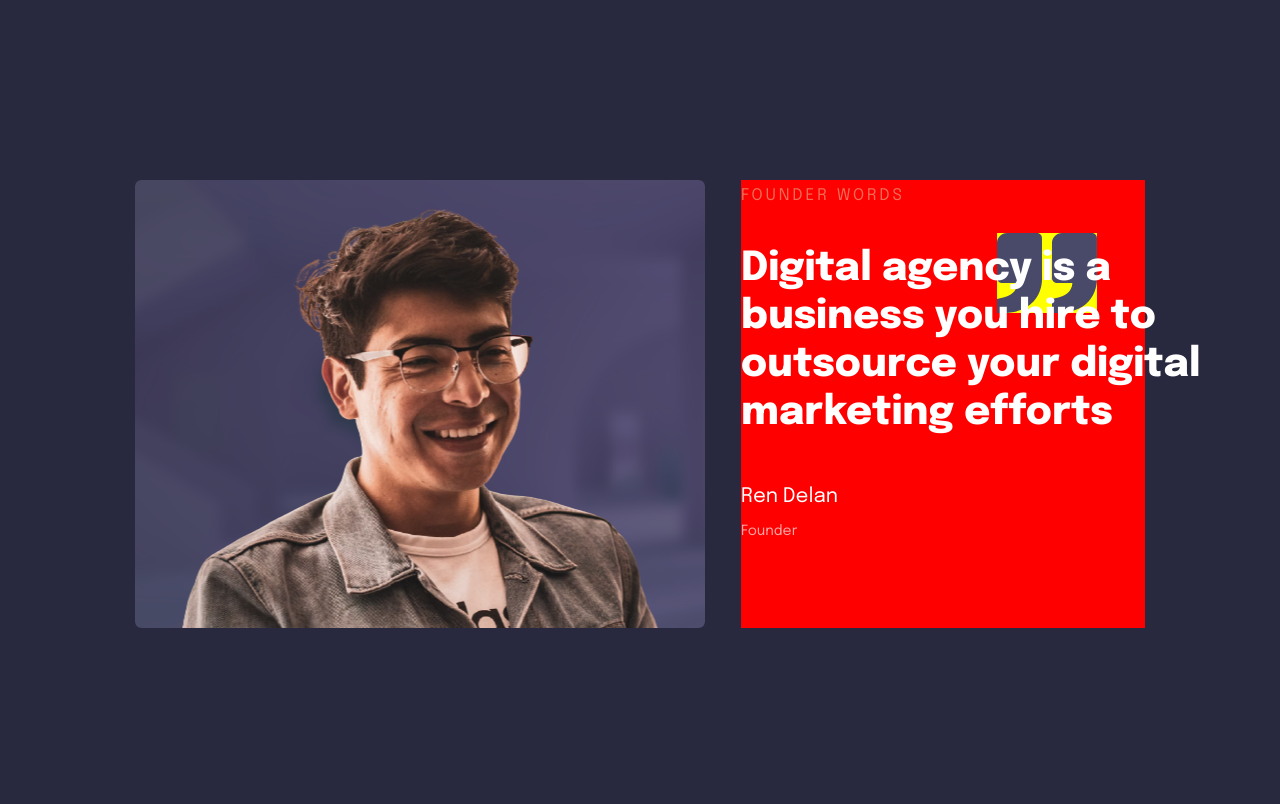
Repository: NatiqSamiyev/image-task
Page: founderWords/index.html
An editor plug-in stored every save of this project. The page is shown before and after the next save, followed by the edit.
The browser window is 1280 px wide. The pictures show the whole page.

Above is the page before, as saved 2023-09-02 15:48:15.

### founderWords/index.html
<!DOCTYPE html>
<html lang="en">
  <head>
    <meta charset="UTF-8" />
    <meta name="viewport" content="width=device-width, initial-scale=1.0" />
    <title>Document</title>
    <link rel="stylesheet" href="index.css" />
  </head>
  <body>
    <div class="founder-words-container">
      <div class="left-container">
        <img class="image-1" src="../image/Bitmap (3).svg" alt="" />

          <img class="image-2" src="../image/Bitmap (4).svg" alt="" />

      </div>

      <div class="right-container">


          <img class="box-1" src="../image/Shape (1).svg" alt="" />


        <div class="box-2">
          <h1>Founder Words</h1>
          <p>
            Digital agency is a business you hire to outsource your digital
            marketing efforts
          </p>
          <h2>Ren Delan</h2>
          <h3>Founder</h3>
        </div>
      </div>
    </div>
  </body>
</html>

### founderWords/index.css
@import url("https://fonts.googleapis.com/css2?family=Epilogue:wght@400;700;800&family=Roboto+Slab:wght@700&family=Roboto:wght@400;700&display=swap");
* {
  margin: 0;
  padding: 0;
  box-sizing: border-box;
}

.founder-words-container {
  width: 100%;
  padding: 180px 135px 176px 135px;
  background: #28293e;
  display: flex;
  justify-content: space-between;
}

.founder-words-container .left-container {
  width: 570px;
  height: 448px;
  position: relative;
}

.founder-words-container .left-container .image-1 {
  width: 570px;
  height: 448px;
}

.founder-words-container .left-container .image-2 {
  width: 477px;
  height: 420px;
  position: absolute;
  bottom: 0;
  left: 50%;
  transform: translateX(-50%);
}

.founder-words-container .right-container {
  width: 40%;
  background-color: red;
  position: relative;

}

.founder-words-container .right-container .box-1{
  background-color: yellow;
}

.founder-words-container .right-container .box-1  {
  width: 100px;
  height: 80px;
  position: absolute;
  right: 48px;
  top: 53px;
  /* right: 15%; */
}

.founder-words-container .right-container .box-2 {
  position: relative;

}

.founder-words-container .right-container .box-2 h1 {
  margin-bottom: 33px;
  color: var(--Text_Light_Accent, #ef6d58);
  font-feature-settings: "clig" off, "liga" off;
  font-family: Epilogue;
  font-size: 16px;
  font-style: normal;
  font-weight: 400;
  line-height: 32px;
  letter-spacing: 3px;
  text-transform: uppercase;
}

.founder-words-container .right-container .box-2 p {
  width: 470px;
  color: var(--Text_Light, #fff);
  font-feature-settings: "clig" off, "liga" off;
  font-family: Epilogue;
  font-size: 40px;
  font-style: normal;
  font-weight: 800;
  line-height: 48px;
}

.founder-words-container .right-container .box-2 h2 {
  margin-top: 44px;
  color: var(--Text_Light, #fff);
  font-feature-settings: "clig" off, "liga" off;
  font-family: Epilogue;
  font-size: 20px;
  font-style: normal;
  font-weight: 400;
  line-height: 32px;
}

.founder-words-container .right-container .box-2 h3 {
  margin-top: 6px;
  color: var(--Text_Light_Gray, rgba(255, 255, 255, 0.64));
  font-feature-settings: "clig" off, "liga" off;
  font-family: Epilogue;
  font-size: 14px;
  font-style: normal;
  font-weight: 400;
  line-height: 24px;
}

After the next save:
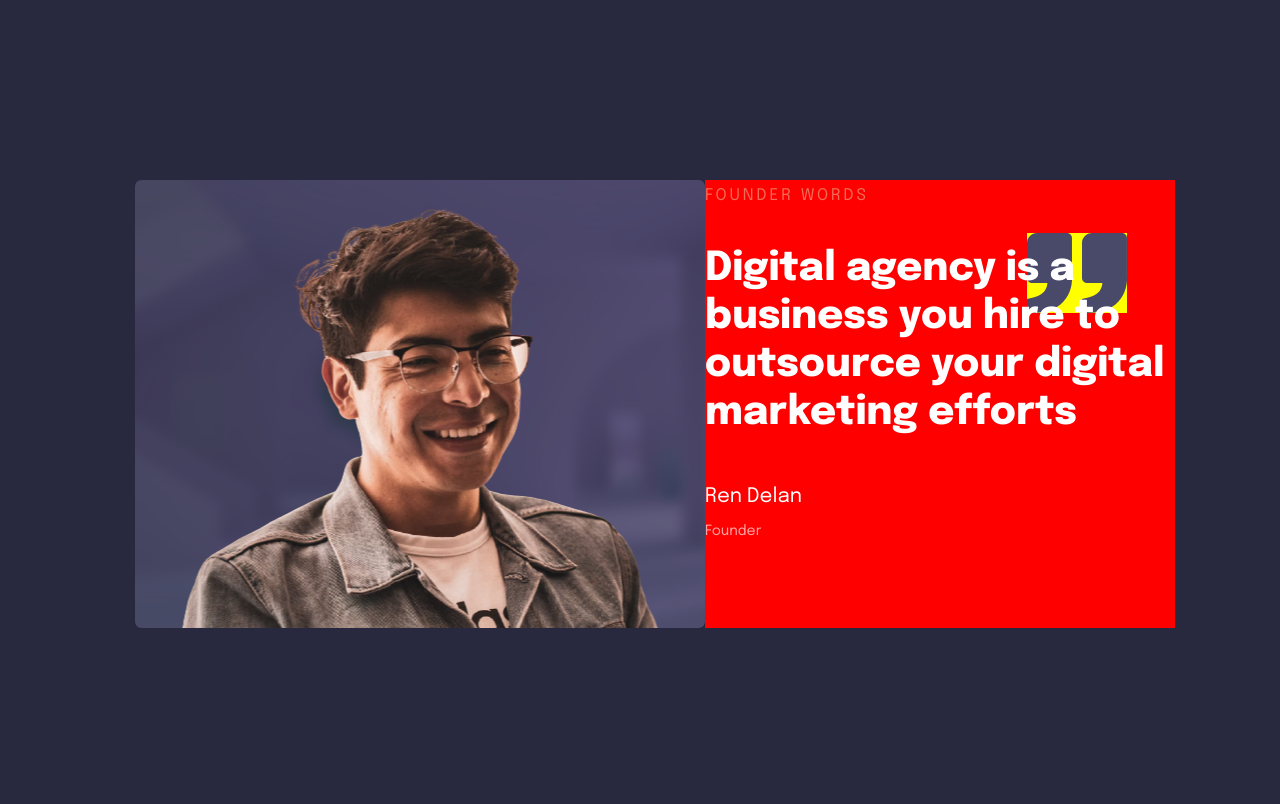
Saved 110 s later.
--- a/founderWords/index.css
+++ b/founderWords/index.css
@@ -34,7 +34,7 @@
 }
 
 .founder-words-container .right-container {
-  width: 40%;
+  /* width: 40%; */
   background-color: red;
   position: relative;
 

After the save that followed:
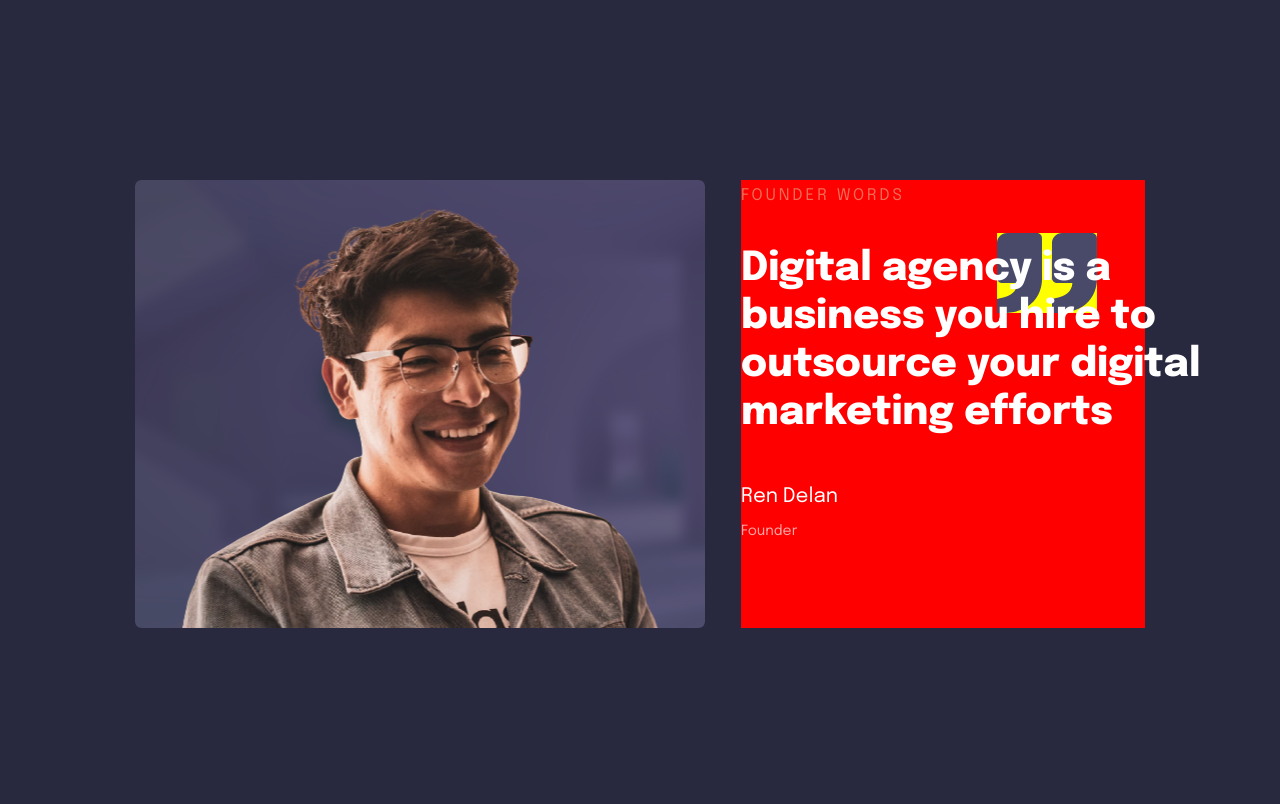
Saved 13 s later.
--- a/founderWords/index.css
+++ b/founderWords/index.css
@@ -34,7 +34,7 @@
 }
 
 .founder-words-container .right-container {
-  /* width: 40%; */
+  width: 40%;
   background-color: red;
   position: relative;
 
